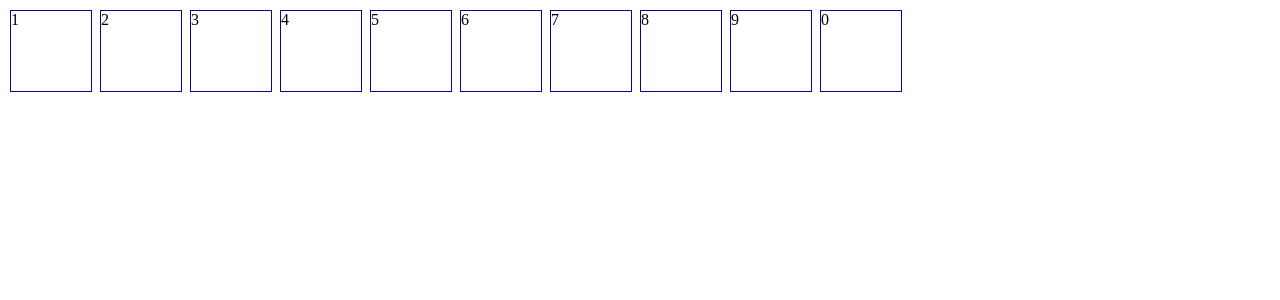
Repository: soso1525/bitcamp
Page: workspace/java-web/src/main/webapp/ch2/2-50.html
These files come from the project's save history. The page is drawn as it stood at one moment and after the next save; the edit follows.
The browser window is 1280 px wide. The pictures show the whole page.

Above is the page before, as saved 2017-12-12 07:58:59.

### workspace/java-web/src/main/webapp/ch2/2-50.html
<!DOCTYPE html>
<html>
<head>
    <title>HTML5 Basic</title>
    <style>
        div {
            display: inline-block;
            border: 1px solid #08088A;
            width: 80px;
            height: 80px;
            margin: 2px;
        }
    </style>
</head>
<body>
    <div>1</div>
    <div>2</div>
    <div>3</div>
    <div>4</div>
    <div>5</div>
    <div>6</div>
    <div>7</div>
    <div>8</div>
    <div>9</div>
    <div>0</div>

</body>
</html>

After the next save:
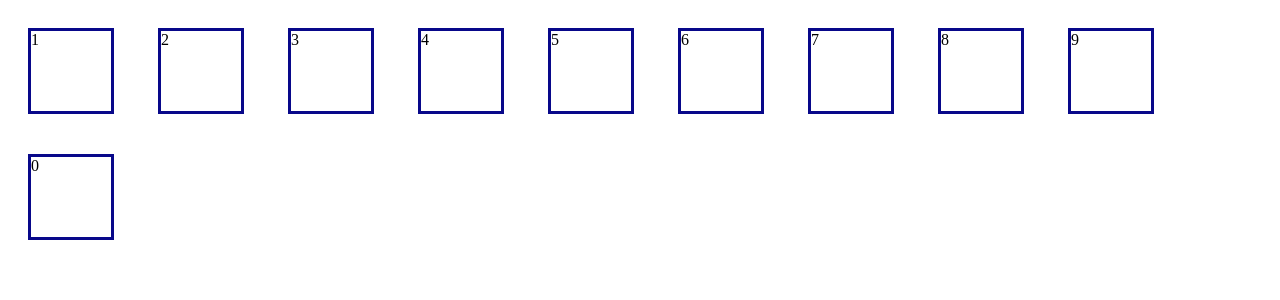
Saved 14 s later.
--- a/workspace/java-web/src/main/webapp/ch2/2-50.html
+++ b/workspace/java-web/src/main/webapp/ch2/2-50.html
@@ -5,10 +5,10 @@
     <style>
         div {
             display: inline-block;
-            border: 1px solid #08088A;
+            border: 3px solid #08088A;
             width: 80px;
             height: 80px;
-            margin: 2px;
+            margin: 20px;
         }
     </style>
 </head>
